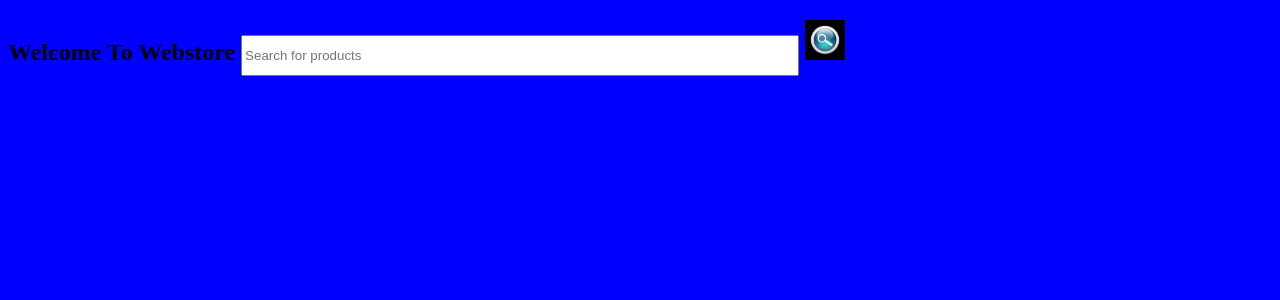
Repository: sourogithub/Final-yr-project-using-j2ee
Page: http://localhost/Webstore/JSP Pages/Front.jsp
The author's editor kept a copy of each file at every save. The page is drawn from the files as they stood at one save, then again after the next save.
The browser window is 1280 px wide. The pictures show the whole page.
The page is served by Tomcat 9.

Above is the page before, as saved 2017-04-11 08:43:48.

### Webstore/WebContent/JSP Pages/Front.jsp
<%@ page language="java" contentType="text/html; charset=ISO-8859-1"
    pageEncoding="ISO-8859-1"%>
<!DOCTYPE html PUBLIC "-//W3C//DTD HTML 4.01 Transitional//EN" "http://www.w3.org/TR/html4/loose.dtd">
<html>
<head>
<meta http-equiv="Content-Type" content="text/html; charset=ISO-8859-1">
<title>Insert title here</title>
</head>
<body style="background-color:blue">
<div id="top"  style="background:blue; height:100px;position:absolute;top:0px;width:1000px">
<h2 >Welcome To Webstore
<input type="text" placeholder="Search for products" required style="border-width:2;width:550px;height:35px">
<a><img src="../images/search-images-17.jpg" height="40px" width="40px"></a>
</h2>
</div>
</body>
</html>

After the next save:
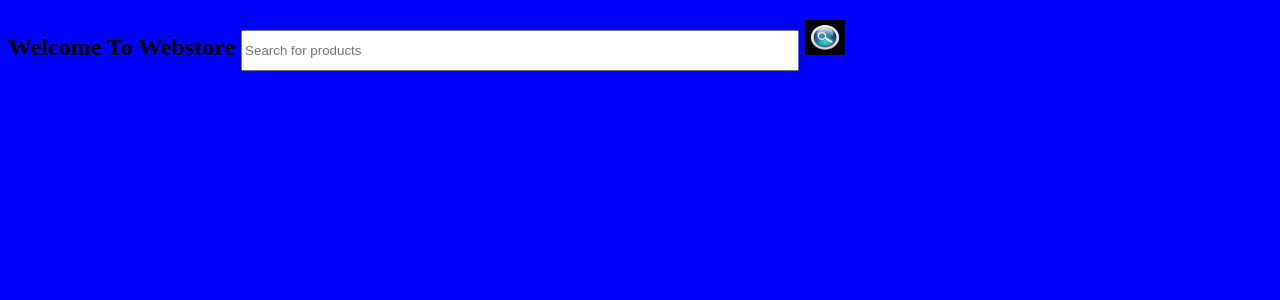
Saved 28 s later.
--- a/Webstore/WebContent/JSP Pages/Front.jsp
+++ b/Webstore/WebContent/JSP Pages/Front.jsp
@@ -10,7 +10,7 @@
 <div id="top"  style="background:blue; height:100px;position:absolute;top:0px;width:1000px">
 <h2 >Welcome To Webstore
 <input type="text" placeholder="Search for products" required style="border-width:2;width:550px;height:35px">
-<a><img src="../images/search-images-17.jpg" height="40px" width="40px"></a>
+<a><img src="../images/search-images-17.jpg" height="35px" width="40px"></a>
 </h2>
 </div>
 </body>
